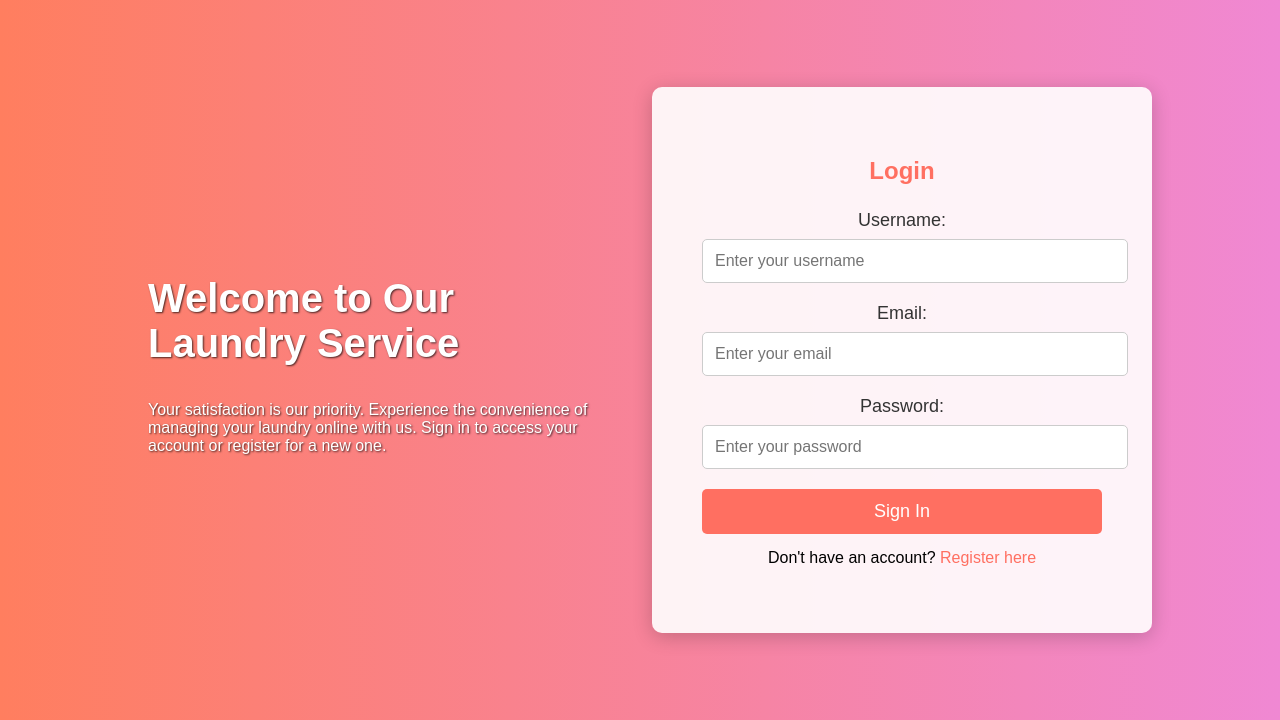
Repository: wmrmweerakoon/Online-Laundry-Management-System
Page: http://localhost/LaundryManagementSystem/Login.jsp
The author's editor kept a copy of each file at every save. The page is drawn from the files as they stood at one save, then again after the next save.
The browser window is 1280 px wide. The pictures show the whole page.
The page is served by Tomcat 9. Other server files are loaded and not shown.

Above is the page before, as saved 2024-10-08 05:53:49.

### Projects/LaundryManagementSystem/src/main/webapp/Login.jsp
<%@ page language="java" contentType="text/html; charset=UTF-8" pageEncoding="UTF-8"%>
<!DOCTYPE html>
<html lang="en">
<head>
    <meta charset="UTF-8">
    <meta name="viewport" content="width=device-width, initial-scale=1.0">
    <title>Login - Online Laundry Management System</title>
    <link rel="stylesheet" href="CSS/Login.css">
</head>
<body>
    <div class="login-background">
        <div class="content-container">
            <div class="text-content">
                <h1>Welcome to Our Laundry Service</h1>
                <p>Your satisfaction is our priority. Experience the convenience of managing your laundry online with us. Sign in to access your account or register for a new one.</p>
            </div>
            <div class="login-container">
                <h2>Login</h2>

                <%-- Display error message if exists --%>
                <div style="text-align: center; margin-bottom: 10px;">
                    <%
                        String errorMessage = (String) request.getAttribute("errorMessage");
                        if (errorMessage != null) {
                    %>
                        <div style="color: red; font-weight: bold;">
                            <%= errorMessage %>
                        </div>
                    <%
                        }
                    %>
                </div>

                <form id="loginForm" action="LoginServlet" method="POST" onsubmit="return validateForm()">
                    <div class="form-group">
                        <label for="username">Username:</label>
                        <input type="text" id="username" name="username" placeholder="Enter your username">
                        <span class="error" id="usernameError"></span>
                    </div>
                    <div class="form-group">
                        <label for="email">Email:</label>
                        <input type="email" id="email" name="email" placeholder="Enter your email">
                        <span class="error" id="emailError"></span>
                    </div>
                    <div class="form-group">
                        <label for="password">Password:</label>
                        <input type="password" id="password" name="password" placeholder="Enter your password">
                        <span class="error" id="passwordError"></span>
                    </div>
                    <button type="submit">Sign In</button>
                </form>
                <p>Don't have an account? <a href="Register.jsp">Register here</a></p>
            </div>
        </div>
    </div>

    <script>
        function validateForm() {
            let isValid = true;

            // Get form fields
            const username = document.getElementById('username').value.trim();
            const email = document.getElementById('email').value.trim();
            const password = document.getElementById('password').value.trim();

            // Get error message spans
            const usernameError = document.getElementById('usernameError');
            const emailError = document.getElementById('emailError');
            const passwordError = document.getElementById('passwordError');

            // Clear previous error messages
            usernameError.textContent = '';
            emailError.textContent = '';
            passwordError.textContent = '';

            // Username validation
            if (username === '') {
                usernameError.textContent = 'Username is required.';
                isValid = false;
            }

            // Email validation
            const emailPattern = /^[^ ]+@[^ ]+\.[a-z]{2,3}$/;
            if (email === '') {
                emailError.textContent = 'Email is required.';
                isValid = false;
            } else if (!email.match(emailPattern)) {
                emailError.textContent = 'Enter a valid email address.';
                isValid = false;
            }

            // Password validation
            if (password === '') {
                passwordError.textContent = 'Password is required.';
                isValid = false;
            }

            return isValid;
        }
    </script>
</body>
</html>

### Projects/LaundryManagementSystem/src/main/webapp/CSS/Login.css
body {
    font-family: 'Arial', sans-serif;
    margin: 0;
    padding: 0;
}

.login-background {
    background: linear-gradient(to right, #ff7e5f, rgb(240, 136, 211)); /* Colorful gradient */
    display: flex;
    justify-content: center;
    align-items: center;
    height: 100vh;
    position: relative;
}

.content-container {
    display: flex;
    width: 80%; /* Adjust as needed */
    max-width: 1200px; /* Optional max width */
}

.text-content {
    flex: 1; /* Take up remaining space */
    color: #fff; /* Text color for better visibility */
    padding: 20px; /* Padding around text */
    display: flex;
    flex-direction: column;
    justify-content: center; /* Center vertically */
    text-shadow: 1px 1px 2px rgba(0, 0, 0, 0.7); /* Subtle shadow for better visibility */
}

h1 {
    font-size: 2.5em;
    margin-bottom: 20px;
}

.login-container {
    background-color: rgba(255, 255, 255, 0.9); /* Slightly transparent for a modern look */
    padding: 50px;
    border-radius: 10px;
    box-shadow: 0 4px 20px rgba(0, 0, 0, 0.2);
    width: 400px;
    margin-left: 20px; /* Space between text and login form */
    text-align: center; /* Center content */
}

h2 {
    color: #ff6f61;
    margin-bottom: 25px;
}

.form-group {
    margin-bottom: 20px;
}

label {
    font-size: 18px;
    color: #333;
}

input[type="text"],
input[type="email"],
input[type="password"] {
    width: 100%;
    padding: 12px;
    margin-top: 8px;
    border: 1px solid #ccc;
    border-radius: 5px;
    font-size: 16px;
    transition: border-color 0.3s;
}

input:focus {
    border-color: #ff6f61; /* Highlight border color on focus */
}

button {
    width: 100%;
    padding: 12px;
    background-color: #ff6f61;
    color: #fff;
    border: none;
    border-radius: 5px;
    font-size: 18px;
    cursor: pointer;
    transition: background-color 0.3s;
}

button:hover {
    background-color: #ff4824;
}

.error {
    color: red;
    font-size: 14px;
    margin-top: 5px;
}

p {
    margin-top: 15px;
}

p a {
    color: #ff6f61;
    text-decoration: none;
}

p a:hover {
    text-decoration: underline;
}

After the next save:
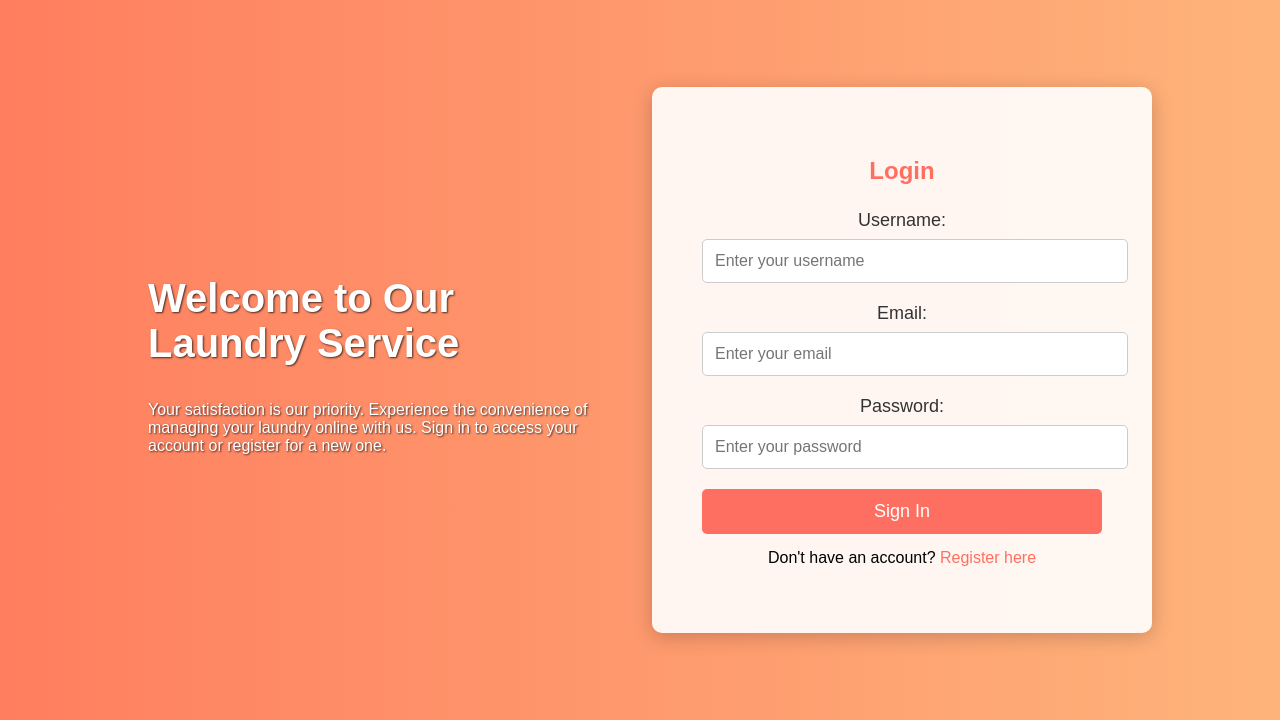
Saved 9 s later.
--- a/Projects/LaundryManagementSystem/src/main/webapp/CSS/Login.css
+++ b/Projects/LaundryManagementSystem/src/main/webapp/CSS/Login.css
@@ -5,7 +5,7 @@ body {
 }
 
 .login-background {
-    background: linear-gradient(to right, #ff7e5f, rgb(240, 136, 211)); /* Colorful gradient */
+    background: linear-gradient(to right, #ff7e5f, #feb47b); /* Colorful gradient */
     display: flex;
     justify-content: center;
     align-items: center;
